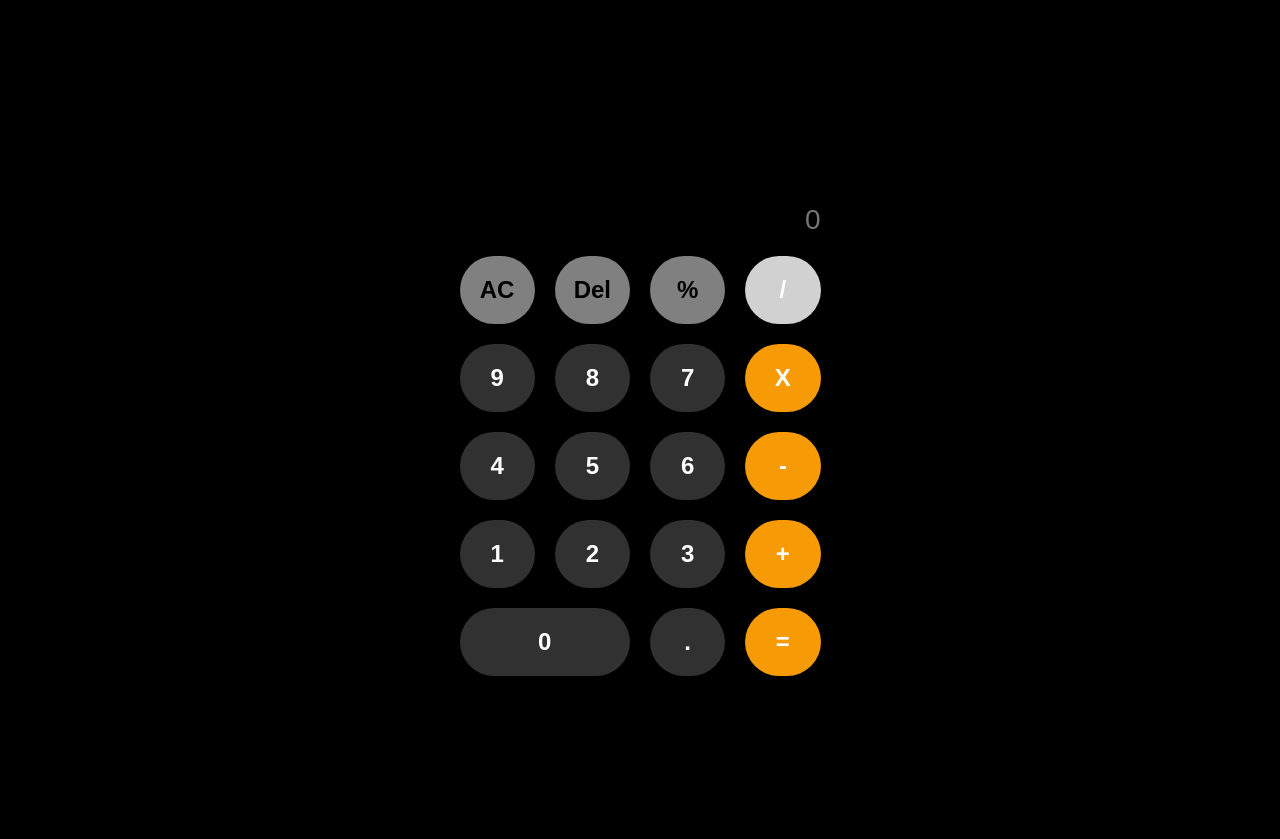
Repository: ble-syn/reactCalculator
Page: /
These files come from the project's save history. The page is drawn as it stood at one moment and after the next save; the edit follows.
The browser window is 1280 px wide. The pictures show the whole page.
The pointer rests on the first visible `.yellow`.
The project was rebuilt for these pictures with package versions that can differ from the ones it lists, and the page was loaded fresh each time.

Above is the page before, as saved 2022-10-06 21:21:35.

### src/index.css
*{
  margin: 0;
  box-sizing: border-box;
}

body{
  display: flex;
  justify-content: center;
  align-items: center;
  flex-direction: column;
  background-color: #000;
  color: #fff;
  margin: 12% auto;
}
.container {
  max-width: 1200px;
  padding: 10px;
}
#calculator-display {
  border: none;
  width: 100%;
  text-align: right;
  font-size: 28px;
  padding: 50px 10px 10px;
  color: #fff;
  background-color: #000;
}

.calculator-keys{
  display: grid;
  grid-template-columns: repeat(4, 1fr);
  grid-gap: 20px;
  margin: 10px;
}
button {
  padding: 20px 15px;
  display: grid;
  place-items: center;
  outline: none;
  border-radius: 50px;
  font-weight: 700;
  border: none;
  color: #fff;
  background-color: #313131;
  font-size: 24px;
  cursor: pointer;
}
button:hover {
  background-color: #D1D1D1;
}
.zero {
  grid-column: 1/3;
}
.gray {
  background-color: gray;
  color: #000;
}
.yellow {
  background-color: #F69A06;
}

### src/App.js
import {useState} from "react";

function App() {
  const [numDisplay, setNumDisplay] = useState("")

const numClick = (event) => {
      event.preventDefault()
      let value = event.target.value
      setNumDisplay(numDisplay + value)
}


const deleteNum = () => {
  setNumDisplay(numDisplay.slice(0, -1))
}
const reset = () => {
  setNumDisplay("")
}
const percent = () => {
  setNumDisplay(numDisplay / 100)
}
const equals = () => {
  setNumDisplay(eval(numDisplay))
}

  return (
    <main id="container">
      <div class="calculator">
          <div><input id="calculator-display" type="text" placeholder="0" value={numDisplay} /></div>

          <div class="calculator-keys">
              <button onClick={reset} value=" " class="gray">AC</button>
              <button onClick={deleteNum} value="" class="gray">Del</button>
              <button onClick={percent} value="%" class="gray">%</button>
              <button onClick={numClick} value="/" class="yellow">/</button>
              <button onClick={numClick} value="9">9</button>
              <button onClick={numClick} value="8">8</button>
              <button onClick={numClick} value="7" >7</button>
              <button onClick={numClick} value="*" class="yellow">X</button>
              <button onClick={numClick} value="4">4</button>
              <button onClick={numClick} value="5">5</button>
              <button onClick={numClick} value="6">6</button>
              <button onClick={numClick} value="-" class= "yellow">-</button>
              <button onClick={numClick} value="1">1</button>
              <button onClick={numClick} value="2">2</button>
              <button onClick={numClick} value="3">3</button>
              <button onClick={numClick} value="+" class="yellow">+</button>
              <button onClick={numClick} value="0" class="zero" >0</button>
              <button onClick={numClick} value="." data-action="decimal">.</button>
              <button onClick={equals} value="=" class="yellow">=</button>
          </div>
      </div>
    </main>
  )
}

export default App;

Loaded but not shown: public/index.html (common file); src/index.js (common file); src/reportWebVitals.js (common file); public/manifest.json (common file)

After the next save:
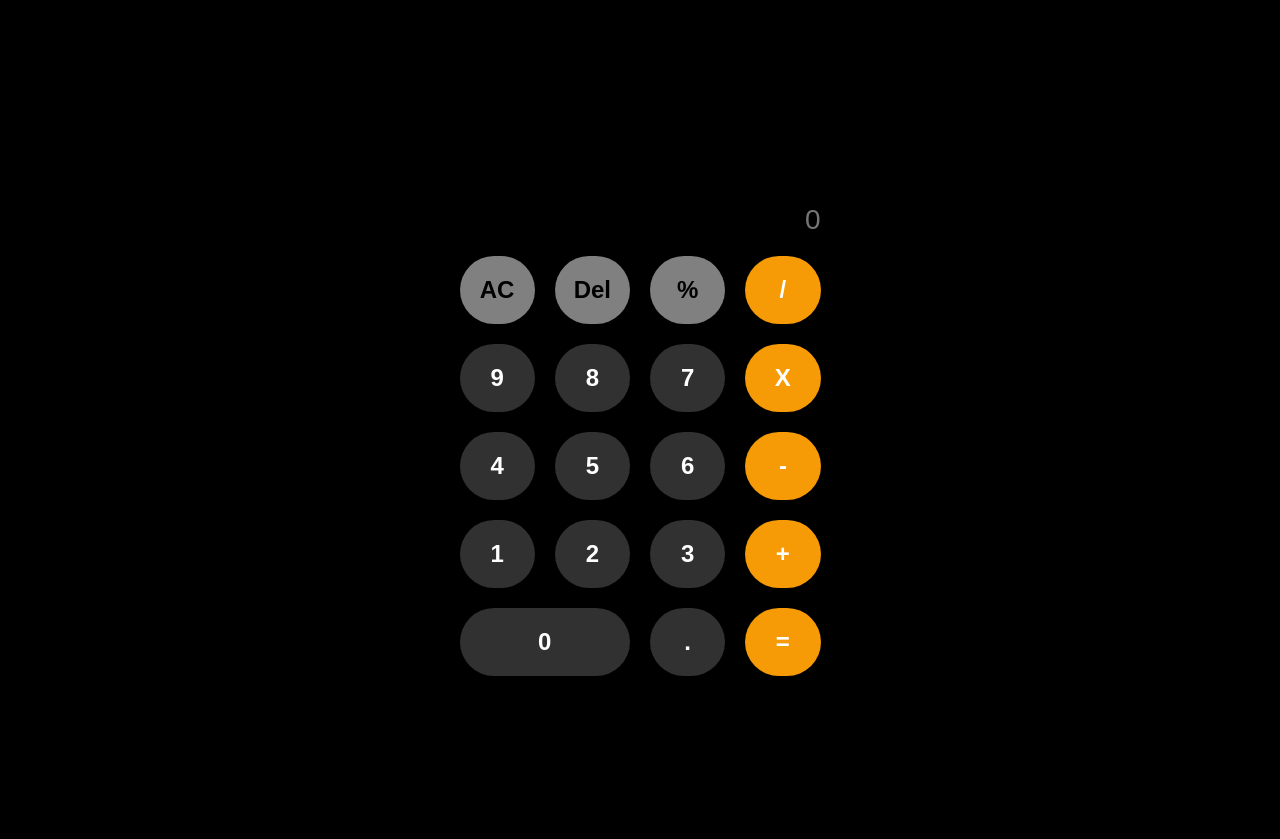
Saved 19 s later.
--- a/src/index.css
+++ b/src/index.css
@@ -58,3 +58,6 @@ button:hover {
 .yellow {
   background-color: #F69A06;
 }
+.yellow:hover {
+  background-color: #F69A06;
+}
